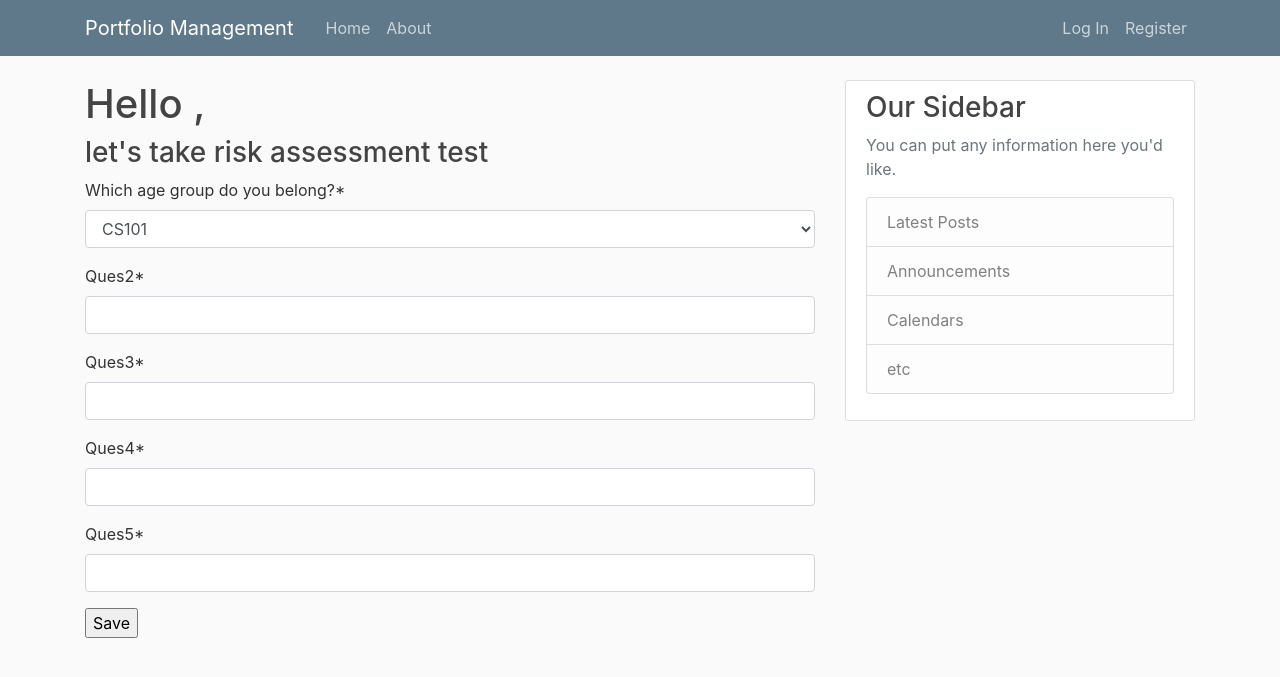
Repository: rahulsolankib/portfolio
Page: http://localhost/questions/
These files come from the project's save history. The page is drawn as it stood at one moment and after the next save; the edit follows.
The browser window is 1280 px wide. The pictures show the whole page.
The page is served by the project's application, run on Django 3.2 (manage.py). Other server files are loaded and not shown.

Above is the page before, as saved 2020-10-20 00:25:35.

### riskCalculator/templates/riskCalculator/questions.html
{% extends "startPage/base.html" %}
{% load crispy_forms_tags %}
{% crispy example_form %}


{% block content %}
    <h1>Hello {{user.username}},</h1>
    <h3>let's take risk assessment test</h3>
    <form method='POST'>
        {% csrf_token %}
        {{formRec | crispy}}

        <input type='submit' value="Save" />
    </form>

{% endblock content %}

### startPage/templates/startPage/base.html
{% load static %}
<!DOCTYPE html>
<html>
<head>
    <meta charset="utf-8">
    <meta name="viewport" content="width=device-width, initial-scale=1, shrink-to-fit=no">

    <!-- Bootstrap CSS -->
    <link rel="stylesheet" href="https://stackpath.bootstrapcdn.com/bootstrap/4.5.2/css/bootstrap.min.css" integrity="sha384-JcKb8q3iqJ61gNV9KGb8thSsNjpSL0n8PARn9HuZOnIxN0hoP+VmmDGMN5t9UJ0Z" crossorigin="anonymous">

    <link rel="stylesheet" type="text/css" href="{% static 'startPage/main.css' %}">
    {% if title %}
        <title>Django - {{title}}</title>
    {% else %}
        <title>Django</title>
    {% endif %}
</head>
<body>
    <header class="site-header">
        <nav class="navbar navbar-expand-md navbar-dark bg-steel fixed-top">
            <div class="container">
            <a class="navbar-brand mr-4" href="{% url 'Start-Page' %}">Portfolio Management</a>
            <button class="navbar-toggler" type="button" data-toggle="collapse" data-target="#navbarToggle" aria-controls="navbarToggle" aria-expanded="false" aria-label="Toggle navigation">
            <span class="navbar-toggler-icon"></span>
            </button>
            <div class="collapse navbar-collapse" id="navbarToggle">
                <div class="navbar-nav mr-auto">
                <a class="nav-item nav-link" href="{% url 'Start-Page' %}">Home</a>
                <a class="nav-item nav-link" href="{% url 'About-Page' %}">About</a>
                {% if user.is_authenticated %}
                    <a class="nav-item nav-link" href="{% url 'questions' %}">Risk-Assessment</a>
                {% endif%}
                </div>
                <!-- Navbar Right Side -->
                <div class="navbar-nav">
                {% if user.is_authenticated %}
                    <a class="nav-item nav-link" href="{% url 'profile' %}">@{{user.username}}</a>
                    <a class="nav-item nav-link" href="{% url 'logout' %}">Log Out</a>
                {% else %}
                    <a class="nav-item nav-link" href="{% url 'login' %}">Log In</a>
                    <a class="nav-item nav-link" href="{% url 'register' %}">Register</a>
                {% endif%}
                </div>
            </div>
            </div>
        </nav>
    </header>
    <main role="main" class="container">
        <div class="row">
            <div class="col-md-8">
                {% if messages %}
                    {% for message in messages%}
                        <div class="alert alert-{{message.tags}}">
                            {{message}}
                        </div>
                    {% endfor %}
                {% endif %}
                {% block content %}{% endblock %}
            </div>
            <div class="col-md-4">
            <div class="content-section">
                <h3>Our Sidebar</h3>
                <p class='text-muted'>You can put any information here you'd like.
                <ul class="list-group">
                    <li class="list-group-item list-group-item-light">Latest Posts</li>
                    <li class="list-group-item list-group-item-light">Announcements</li>
                    <li class="list-group-item list-group-item-light">Calendars</li>
                    <li class="list-group-item list-group-item-light">etc</li>
                </ul>
                </p>
            </div>
            </div>
        </div>
    </main>


    <script src="https://code.jquery.com/jquery-3.5.1.slim.min.js" integrity="sha384-DfXdz2htPH0lsSSs5nCTpuj/zy4C+OGpamoFVy38MVBnE+IbbVYUew+OrCXaRkfj" crossorigin="anonymous"></script>
    <script src="https://cdn.jsdelivr.net/npm/popper.js@1.16.1/dist/umd/popper.min.js" integrity="sha384-9/reFTGAW83EW2RDu2S0VKaIzap3H66lZH81PoYlFhbGU+6BZp6G7niu735Sk7lN" crossorigin="anonymous"></script>
    <script src="https://stackpath.bootstrapcdn.com/bootstrap/4.5.2/js/bootstrap.min.js" integrity="sha384-B4gt1jrGC7Jh4AgTPSdUtOBvfO8shuf57BaghqFfPlYxofvL8/KUEfYiJOMMV+rV" crossorigin="anonymous"></script>
</body>
</html>

### riskCalculator/forms.py
from django import forms

from .models import Que,RiskModel


class QForm(forms.Form):
    subject_code=(
            ('1','CS101')
            ,('2','CS102')
            ,('3','CS103')
            ,('4','CS104')
            ,('5','CS105')
            ,('6','CS106')
    )

    ques1 = forms.TypedChoiceField(label='Which age group do you belong?',choices=subject_code, coerce=int, initial=1)
    ques2 = forms.CharField()
    ques3 = forms.CharField()
    ques4 = forms.CharField()
    ques5 = forms.CharField()


class QueForm(forms.ModelForm):
    class Meta:
        model = Que
        fields = ['ques1','ques2','ques3','ques4','ques5']


class RiskForm(forms.ModelForm):
    class Meta:
        model = RiskModel
        fields = ['userid','risk_score']

### riskCalculator/models.py
from django.db import models
# from user.forms import User

# Create your models here.
class Que(models.Model):
    ques1 = models.CharField(max_length=120)
    ques2 = models.CharField(max_length=120)
    ques3 = models.CharField(max_length=120)
    ques4 = models.CharField(max_length=120)
    ques5 = models.CharField(max_length=120)

class RiskModel(models.Model):
    userid = models.IntegerField(unique=True)
    risk_score = models.DecimalField(
                         max_digits = 5,
                         decimal_places = 2)

### riskCalculator/views.py
from django.shortcuts import render
from .forms import QueForm,RiskForm,QForm

from .models import RiskModel

def questions(request):
    formRec = QForm(request.POST or None)
    context = {
        'formRec': formRec
    }
    userid = request.user.id


    data = {'userid' : userid, 'risk_score':32}
    form = RiskForm(data)
    if form.is_valid():
        profile = form.save(commit = True)
        profile.user = request.user
        profile.save()

    return render(request,'riskCalculator/questions.html',context)

### portfolio/urls.py
"""portfolio URL Configuration

The `urlpatterns` list routes URLs to views. For more information please see:
    https://docs.djangoproject.com/en/3.1/topics/http/urls/
Examples:
Function views
    1. Add an import:  from my_app import views
    2. Add a URL to urlpatterns:  path('', views.home, name='home')
Class-based views
    1. Add an import:  from other_app.views import Home
    2. Add a URL to urlpatterns:  path('', Home.as_view(), name='home')
Including another URLconf
    1. Import the include() function: from django.urls import include, path
    2. Add a URL to urlpatterns:  path('blog/', include('blog.urls'))
"""
from django.contrib import admin
from django.contrib.auth import views as auth_views
from django.urls import path,include
from user import views as user_views
from riskCalculator import views as riskCalculator_views

urlpatterns = [
    path('admin/', admin.site.urls),
    path('register/',user_views.register,name='register'),
    path('profile/',user_views.profile,name='profile'),
    path('',include('startPage.urls')),
    path('login/',auth_views.LoginView.as_view(template_name="user/login.html"),name='login'),
    path('logout/',auth_views.LogoutView.as_view(template_name="user/logout.html"),name='logout'),
    path('questions/',riskCalculator_views.questions,name='questions')
]

### startPage/urls.py
from django.urls import path
from . import views

urlpatterns = [
    path('', views.home,name="Start-Page"),
    path('about/', views.about,name="About-Page"),
]

### startPage/static/startPage/main.css
body {
    background: #fafafa;
    color: #333333;
    margin-top: 5rem;
  }

  h1, h2, h3, h4, h5, h6 {
    color: #444444;
  }

  ul {
    margin: 0;
  }

  .bg-steel {
    background-color: #5f788a;
  }

  .site-header .navbar-nav .nav-link {
    color: #cbd5db;
  }

  .site-header .navbar-nav .nav-link:hover {
    color: #ffffff;
  }

  .site-header .navbar-nav .nav-link.active {
    font-weight: 500;
  }

  .content-section {
    background: #ffffff;
    padding: 10px 20px;
    border: 1px solid #dddddd;
    border-radius: 3px;
    margin-bottom: 20px;
  }

  .article-title {
    color: #444444;
  }

  a.article-title:hover {
    color: #428bca;
    text-decoration: none;
  }

  .article-content {
    white-space: pre-line;
  }

  .article-img {
    height: 65px;
    width: 65px;
    margin-right: 16px;
  }

  .article-metadata {
    padding-bottom: 1px;
    margin-bottom: 4px;
    border-bottom: 1px solid #e3e3e3
  }

  .article-metadata a:hover {
    color: #333;
    text-decoration: none;
  }

  .article-svg {
    width: 25px;
    height: 25px;
    vertical-align: middle;
  }

  .account-img {
    height: 125px;
    width: 125px;
    margin-right: 20px;
    margin-bottom: 16px;
  }

  .account-heading {
    font-size: 2.5rem;
  }

After the next save:
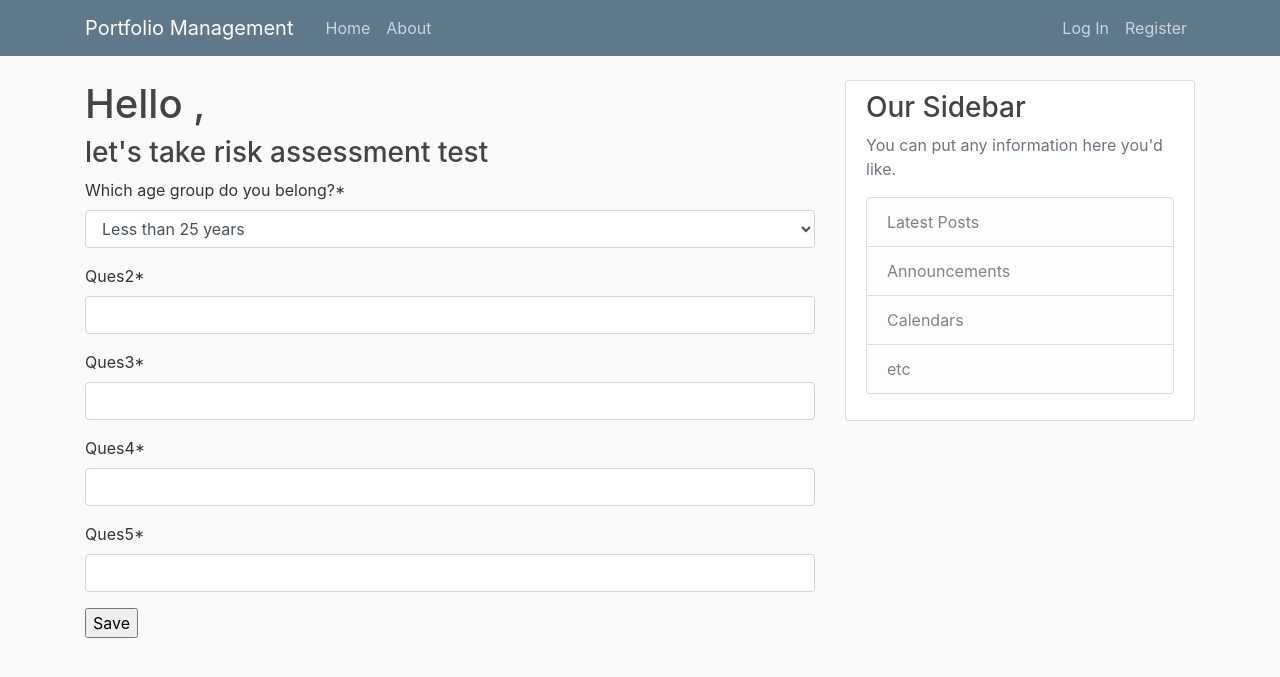
Saved 28 s later.
--- a/riskCalculator/forms.py
+++ b/riskCalculator/forms.py
@@ -5,7 +5,7 @@ from .models import Que,RiskModel
 
 class QForm(forms.Form):
     subject_code=(
-            ('1','CS101')
+            ('1','Less than 25 years')
             ,('2','CS102')
             ,('3','CS103')
             ,('4','CS104')
